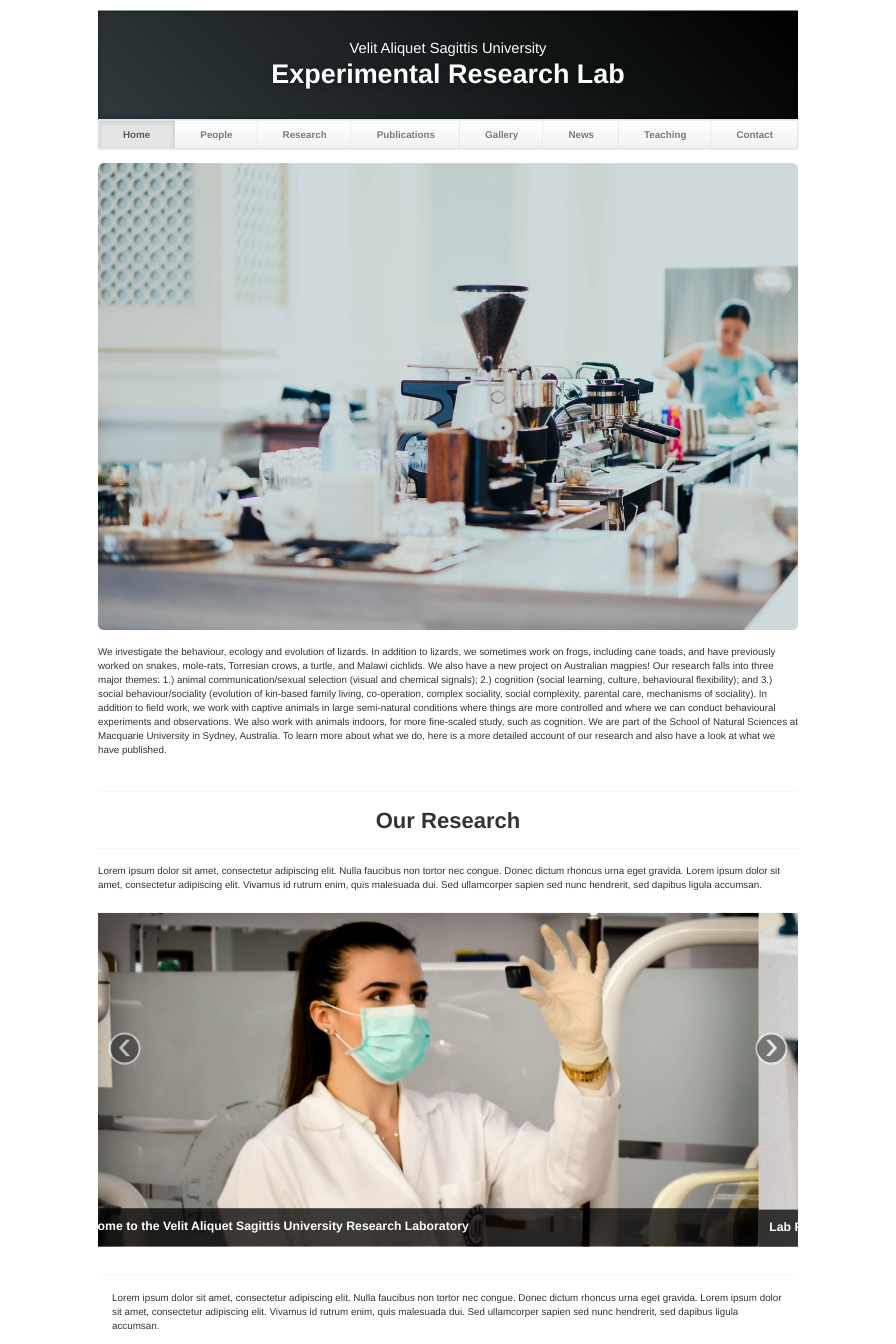
Repository: IAEUC/iaeuc.github.io
Page: index.html
An editor plug-in stored every save of this project. The page is shown before and after the next save, followed by the edit.
The browser window is 1280 px wide. The pictures show the part of the page from y = 0 to 1920 px (the page is 3867 px tall before and 3180 px after), at 70% of full size.

Above is the page before, as saved 2025-08-07 17:24:43.

After the next save:
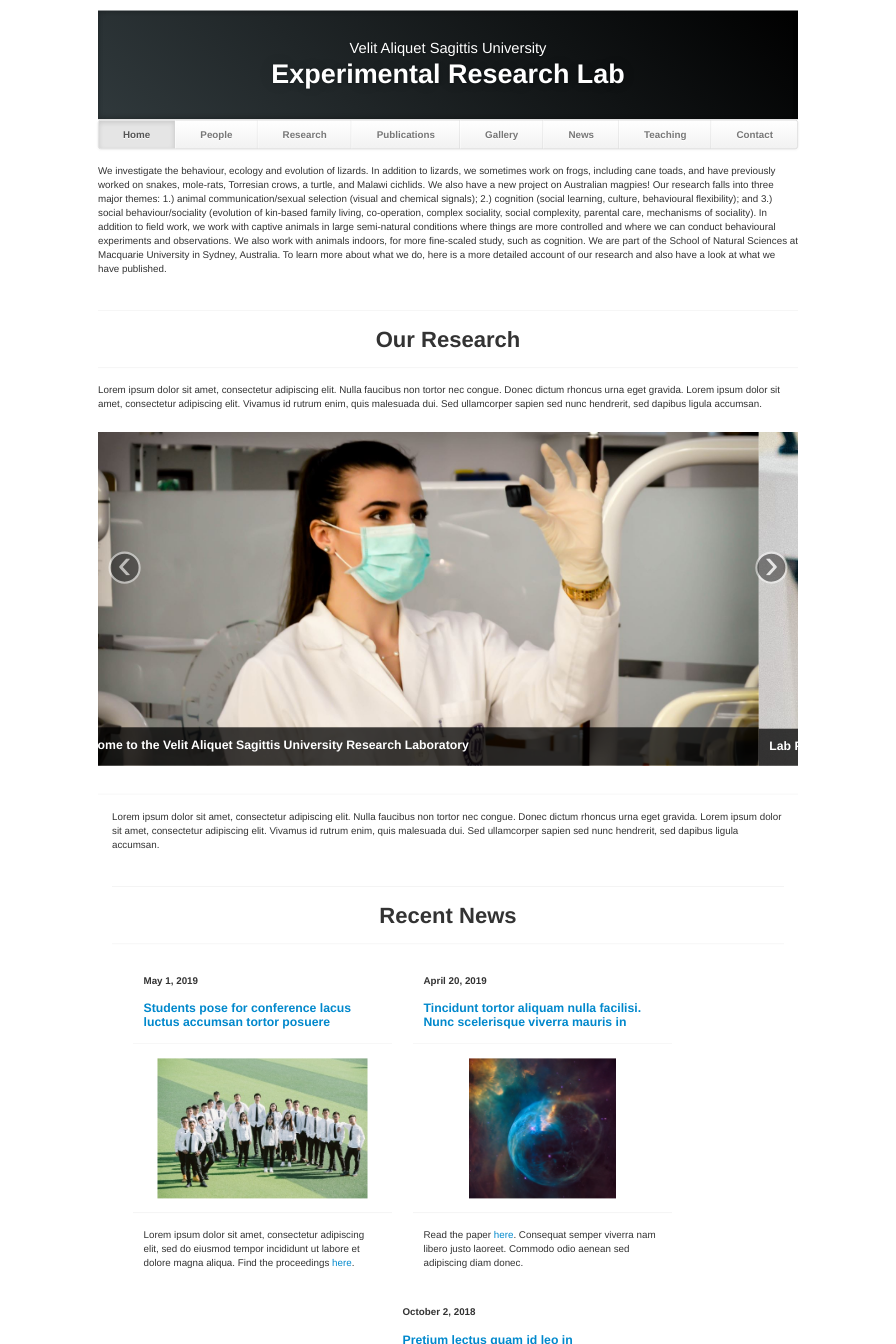
Saved 73 s later.
--- a/index.html
+++ b/index.html
@@ -38,9 +38,6 @@
 
          <div class="row-fluid">
             <div class="span12">
-                              <div class="centered" style="margin-bottom: 20px;">
-                                 <img src="images/lab-photo.jpg" alt="Research Laboratory" style="max-width: 100%; height: auto; border-radius: 8px;">
-                              </div>
                               <p>
                                 We investigate the behaviour, ecology and evolution of lizards. In addition to lizards, we sometimes work on frogs, including cane toads, and have previously worked on snakes, mole-rats, Torresian crows, a turtle, and Malawi cichlids. We also have a new project on Australian magpies! Our research falls into three major themes: 1.) animal communication/sexual selection (visual and chemical signals); 2.) cognition (social learning, culture, behavioural flexibility); and 3.) social behaviour/sociality (evolution of kin-based family living, co-operation, complex sociality, social complexity, parental care, mechanisms of sociality).
 
